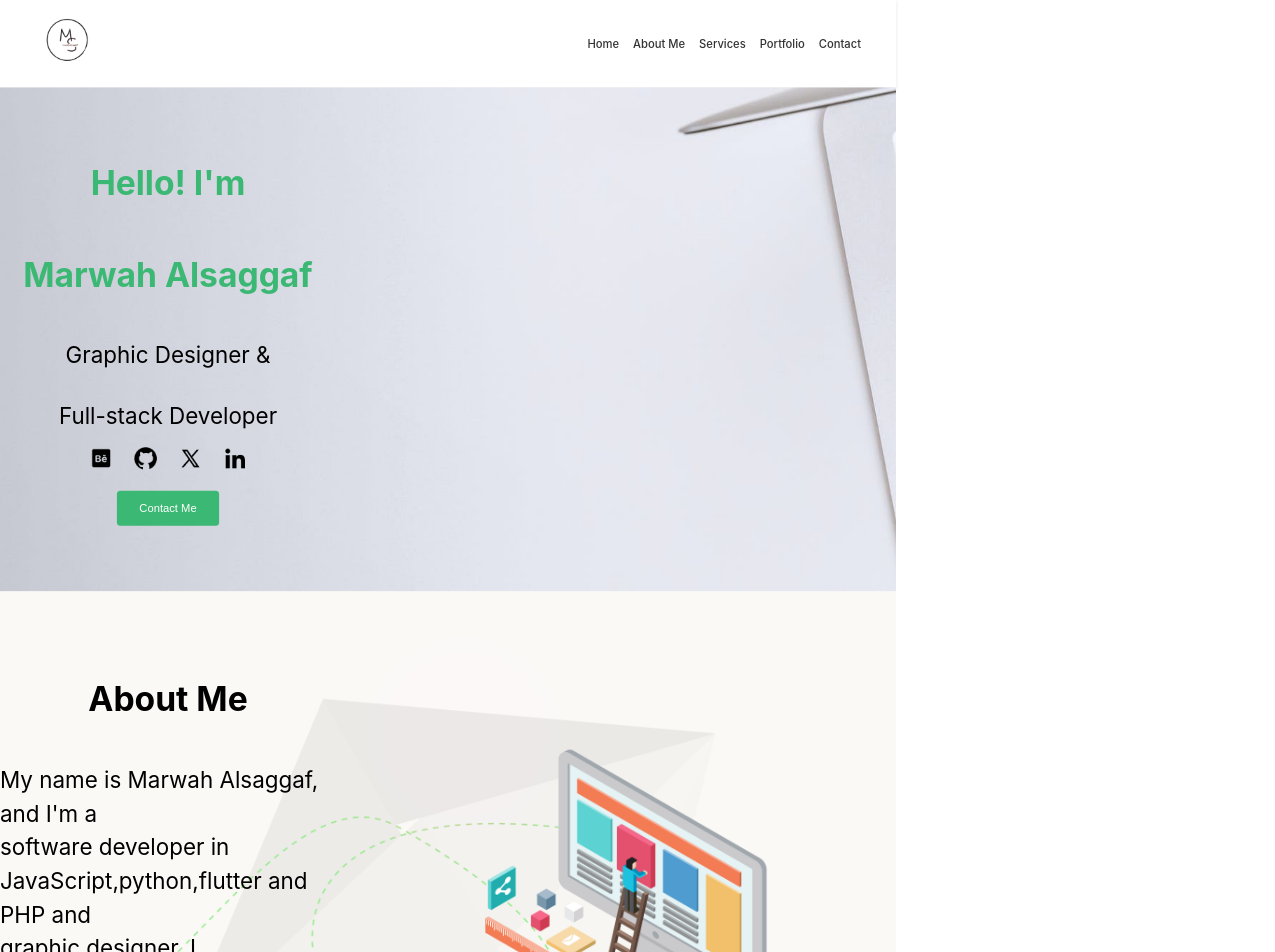
Repository: MEROO1010/Portfolio_00
Page: /services (app in portfolio_00/)
The author's editor kept a copy of each file at every save. The page is drawn from the files as they stood at one save, then again after the next save.
The browser window is 1280 px wide. The page is 1822 px wide, so the pictures cover 1822 px, including what lies to the right of the window. The pictures show the part of the page from y = 0 to 1360 px (the page is 4425 px tall), at 70% of full size.
The project was rebuilt for these pictures with package versions that can differ from the ones it lists, and the page was loaded fresh each time.

Above is the page before, as saved 2024-11-25 11:10:54.

After the next save:
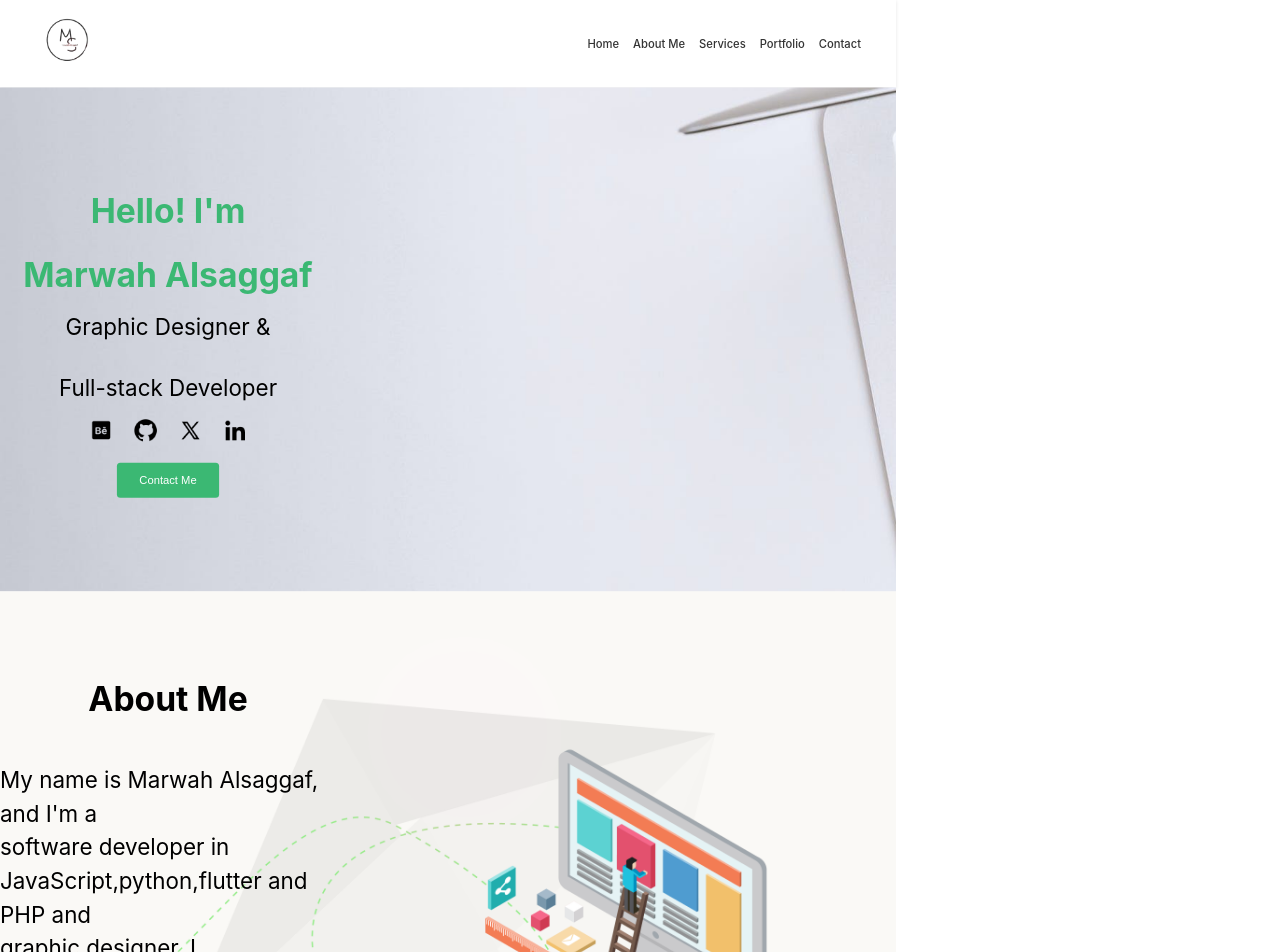
Saved 27 s later.
--- a/portfolio_00/src/components/Home.jsx
+++ b/portfolio_00/src/components/Home.jsx
@@ -17,7 +17,7 @@
   font-size: 3em;
   font-weight: bold;
   color: #3BB873;
-  margin-bottom: 40px;
+  margin-bottom: 0px;
   margin-right:800px;
 `;
 const Subtitle = styled.h2`

After the save that followed:
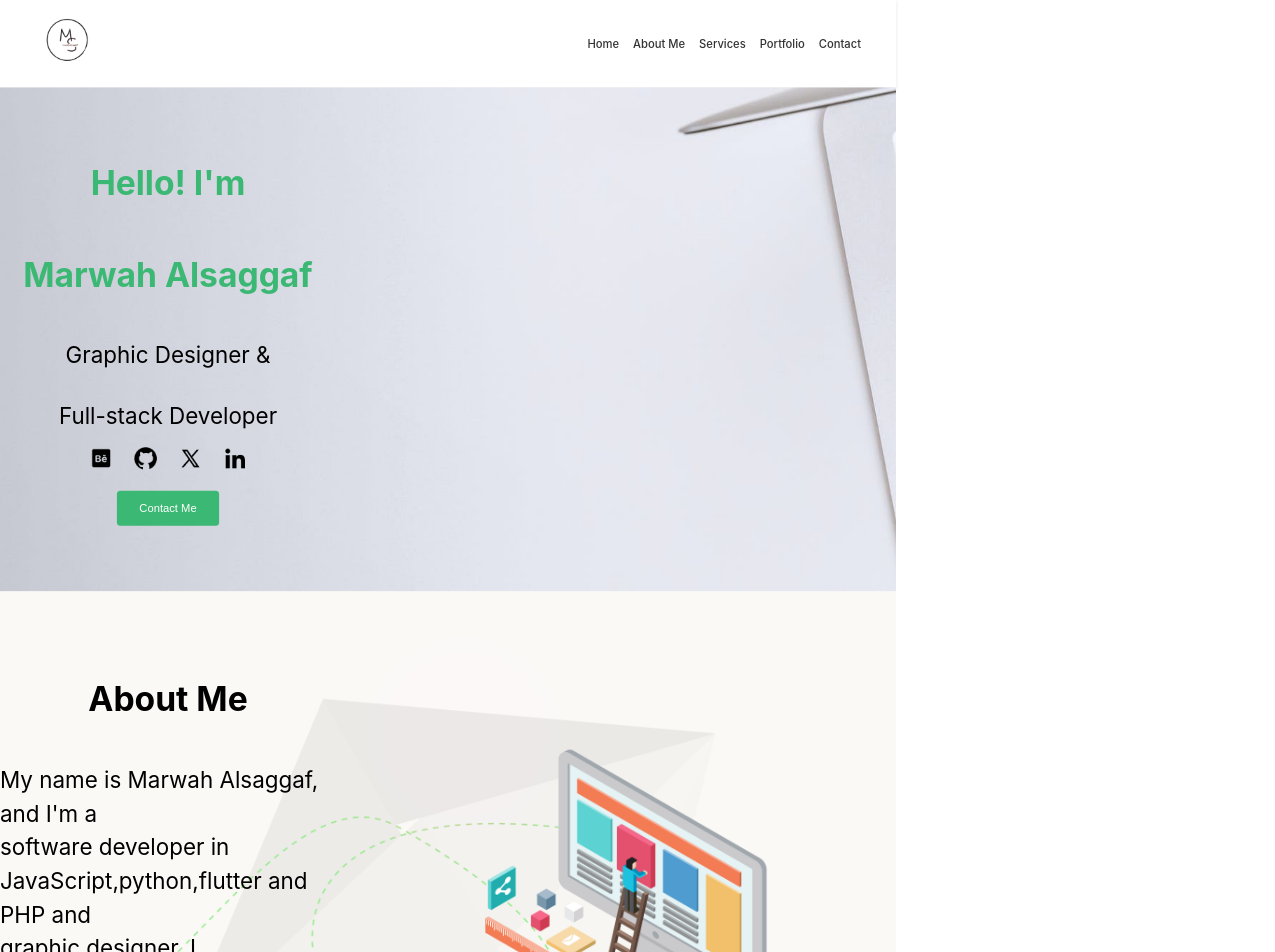
Saved 6 s later.
--- a/portfolio_00/src/components/Home.jsx
+++ b/portfolio_00/src/components/Home.jsx
@@ -17,7 +17,7 @@
   font-size: 3em;
   font-weight: bold;
   color: #3BB873;
-  margin-bottom: 0px;
+  margin-bottom: 40px;
   margin-right:800px;
 `;
 const Subtitle = styled.h2`
